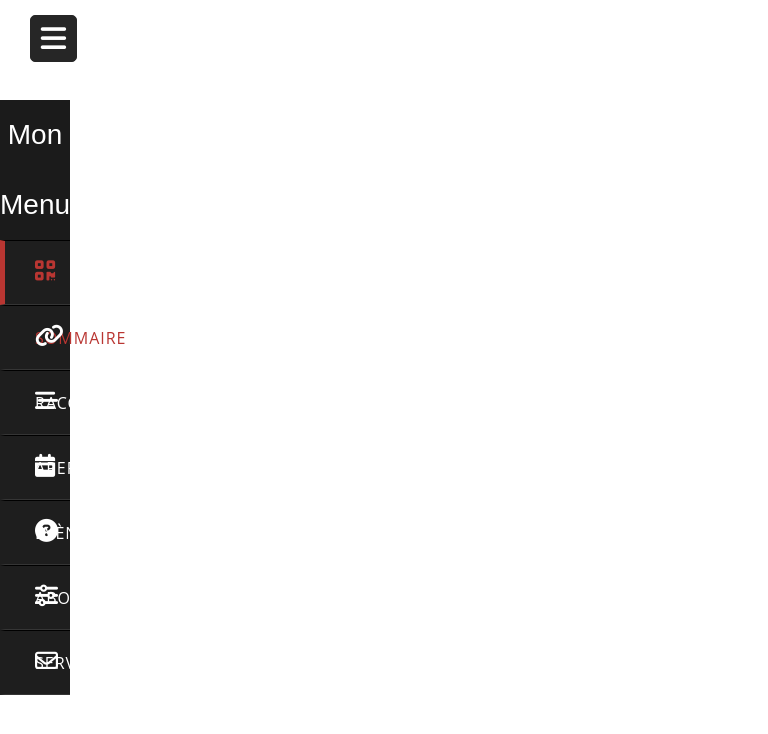
Repository: Alex-Serky/Dossier-Nav
Page: Nav-Responsive/index.html
These files come from the project's save history. The page is drawn as it stood at one moment and after the next save; the edit follows.
The browser window is 768 px wide. The pictures show the whole page.
Some web fonts or font styles are not loaded; a fallback is used. Some web libraries are served in a nearby version.

Above is the page before, as saved 2020-02-22 01:17:25.

### Nav-Responsive/index.html
<!DOCTYPE html>
<html lang="en">

<head>
    <meta charset="UTF-8">
    <meta name="viewport" content="width=device-width, initial-scale=1.0">
    <link rel="stylesheet" href="style.css">
    <script src="https://kit.fontawesome.com/a076d05399.js"></script>
    <title>Responsive Sidebar Menu</title>
</head>

<body>
    <input type="checkbox" id="check">
    <label for="check">
        <i class="fas fa-bars" id="btn"></i>
        <i class="fas fa-times" id="cancel"></i>
    </label>
    <div class="sidebar">
        <header>Mon Menu</header>
        <a class="active" href="#"><i class="fas fa-qrcode"></i>
            <span>Sommaire</span>
        </a>
        <a href="#"><i class="fas fa-link"></i><span>Raccourcies</span></a>
        <a href="#"><i class="fas fa-stream"></i><span>Aperçu</span></a>
        <a href="#"><i class="fas fa-calendar-week"></i><span>Evènements</span></a>
        <a href="#"><i class="fas fa-question-circle"></i><span>About</span></a>
        <a href="#"><i class="fas fa-sliders-h"></i>
            <span>Services</span>
        </a>
        <a href="#"><i class="far fa-envelope"></i><span>Contact</span></a>
    </div>
</body>

</html>

### Nav-Responsive/style.css
@import url('https: //fonts.googleapis.com/css?family=Montserrat:600|Roboto:400');

* {
    margin: 0;
    padding: 0;
    text-decoration: none;
}

.sidebar {
    position: fixed;
    left: -240px;
    width: 240px;
    height: 100%;
    background: #1e1e1e;
}

.sidebar header {
    color: white;
    font-size: 28px;
    line-height: 70px;
    text-align: center;
    user-select: none;
    background: #1b1b1b;
    font-family: 'Montserrat', sans-serif;
}

.sidebar a {
    display: block;
    color: white;
    height: 65px;
    width: 100%;
    line-height: 65px;
    padding-left: 30px;
    border-bottom: 1px solid rgba(255, 255, 255, .1);
    border-top: 1px solid black;
    border-left: 5px solid transparent;
    box-sizing: border-box;
    transition: all .5s ease;
    font-family: 'Open Sans', sans-serif;
}

a:hover,
a.active {
    border-left: 5px solid #b93632;
    color: #b93632;
}

.sidebar a i {
    font-size: 23px;
    margin-right: 16px;
}

.sidebar a span {
    letter-spacing: 1px;
    text-transform: uppercase;
}

#check {
    display: none;
}

label #btn,
label #cancel {
    position: absolute;
    cursor: pointer;
    background: #262626;
    height: 45px;
    width: 45px;
    text-align: center;
    line-height: 45px;
    color: white;
    font-size: 29px;
    margin: 15px 30px;
    border-radius: 5px;
    border: 1px solid #262626;
    transition: all .5s ease;
}

label #cancel {
    opacity: 0;
    visibility: hidden;
}

#check:checked~label #btn {
    margin-left: 245px;
    opacity: 0;
    visibility: hidden;
}

#check:checked~label #cancel {
    margin-left: 245px;
    opacity: 1;
    visibility: visible;
}

#check:checked~.sidebar {
    left: 0;
}

@media (max-width: 860px) {
    .sidebar {
        height: auto;
        width: 70px;
        left: 0;
        margin: 100px 0;
    }
}

After the next save:
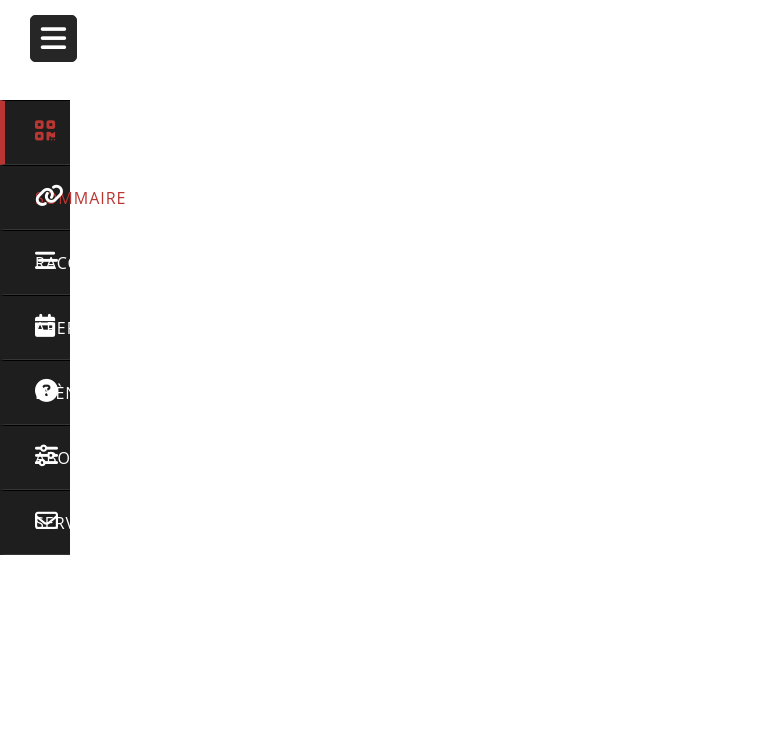
Saved 99 s later.
--- a/Nav-Responsive/style.css
+++ b/Nav-Responsive/style.css
@@ -104,4 +104,8 @@ label #cancel {
         left: 0;
         margin: 100px 0;
     }
+
+    header {
+        display: none;
+    }
 }
